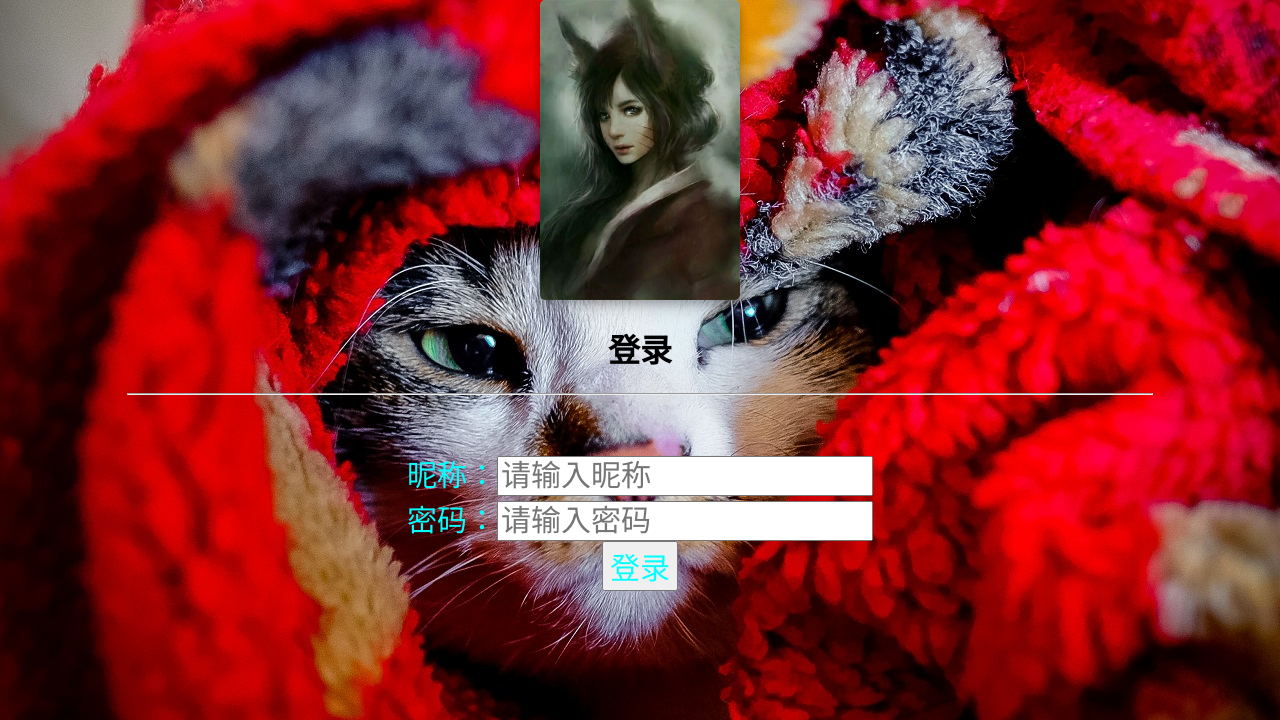
Repository: JuniorProjectTraining/free
Page: http://localhost/emss/login.jsp
These files come from the project's save history. The page is drawn as it stood at one moment and after the next save; the edit follows.
The browser window is 1280 px wide. The pictures show the whole page.
The page is served by Tomcat 9.

Above is the page before, as saved 2019-12-25 13:44:29.

After the next save:
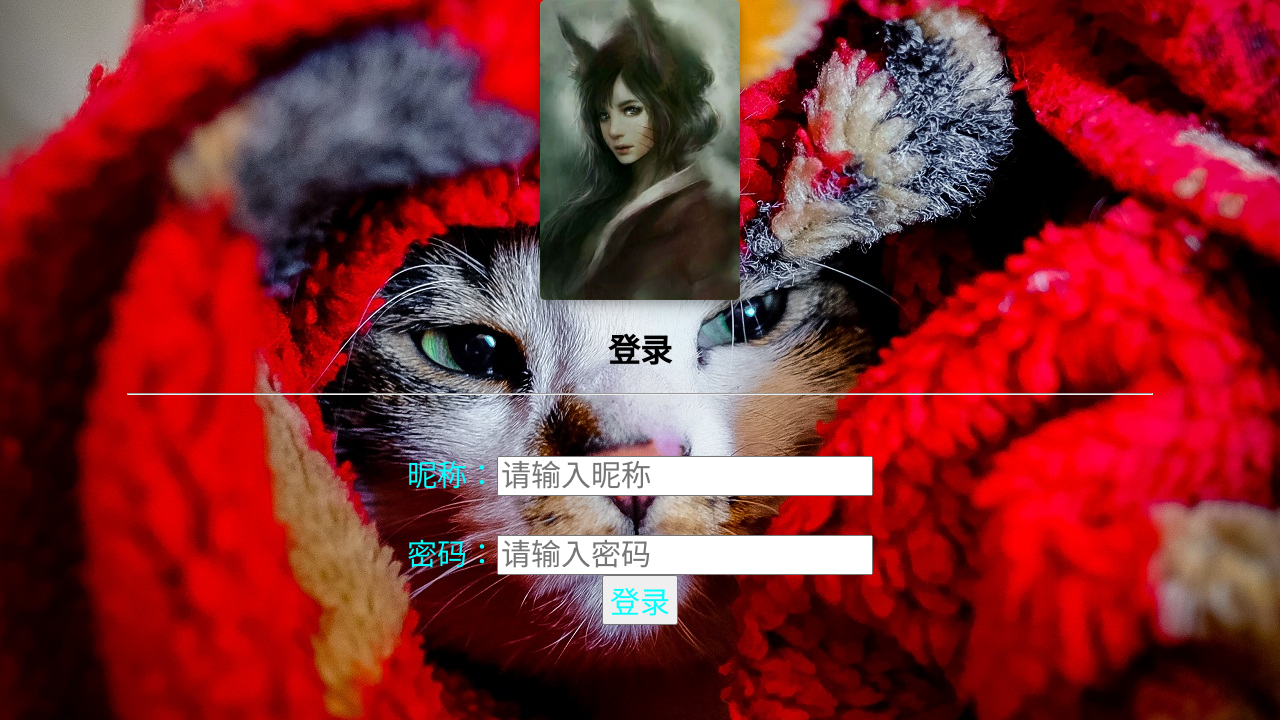
Saved 49 s later.
--- a/emss/src/main/webapp/login.jsp
+++ b/emss/src/main/webapp/login.jsp
@@ -49,7 +49,9 @@ body {
 			method="post">
 			<br>
 			<p class="nn">
-				昵称：<input id="username" name="nickname" placeholder="请输入昵称" /> <br>
+				昵称：<input id="username" name="nickname" placeholder="请输入昵称" />
+				<br>
+				<br>
 				密码：<input type="password" id="password" name="password"
 					placeholder="请输入密码"/ > <br> <input type="submit"
 					value="登录" />
